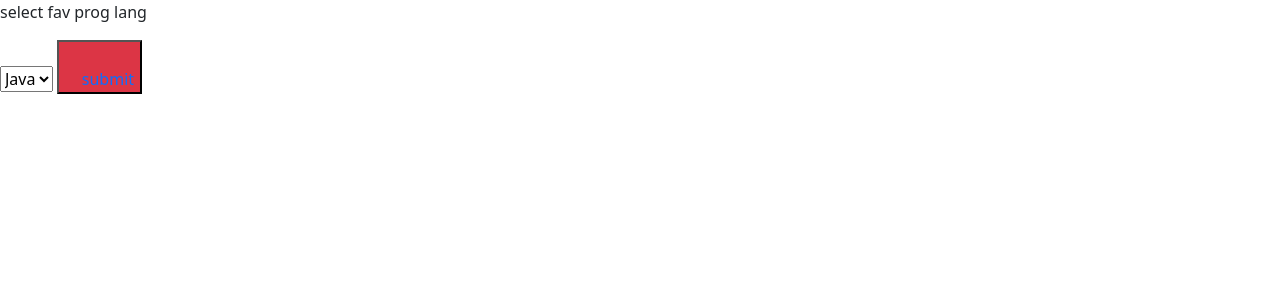
Repository: shivamaninalla/Bank-Application-JSP
Page: http://localhost/03-jsp-form2/cookie.jsp
These files come from the project's save history. The page is drawn as it stood at one moment and after the next save; the edit follows.
The browser window is 1280 px wide. The pictures show the whole page.
The page is served by Tomcat 9. Other server files are loaded and not shown.

Above is the page before, as saved 2024-07-15 14:51:59.

### 03-jsp-form2/WebContent/cookie.jsp
<%@ page language="java" contentType="text/html; charset=ISO-8859-1"
    pageEncoding="ISO-8859-1"%>
<!DOCTYPE html>
<html>
<head>
<meta charset="ISO-8859-1">
<title>Insert title here</title>
<link href="https://cdn.jsdelivr.net/npm/bootstrap@5.0.2/dist/css/bootstrap.min.css" rel="stylesheet" integrity="sha384-EVSTQN3/azprG1Anm3QDgpJLIm9Nao0Yz1ztcQTwFspd3yD65VohhpuuCOmLASjC" crossorigin="anonymous">
<script src="https://cdn.jsdelivr.net/npm/bootstrap@5.0.2/dist/js/bootstrap.bundle.min.js" integrity="sha384-MrcW6ZMFYlzcLA8Nl+NtUVF0sA7MsXsP1UyJoMp4YLEuNSfAP+JcXn/tWtIaxVXM" crossorigin="anonymous"></script>
</head>
<body>
<p>select fav prog lang</p>
  <form action="cookieresponse.jsp", method="get">
    <select name="fl" id="">
      <option class=value="java">Java</option>
      <option value="C++">C++</option>
      <option value="C">C</option>
    </select>
    <input class="text-primary bg-danger"type="submit" value="
    submit">
  </form>

</body>
</html>

After the next save:
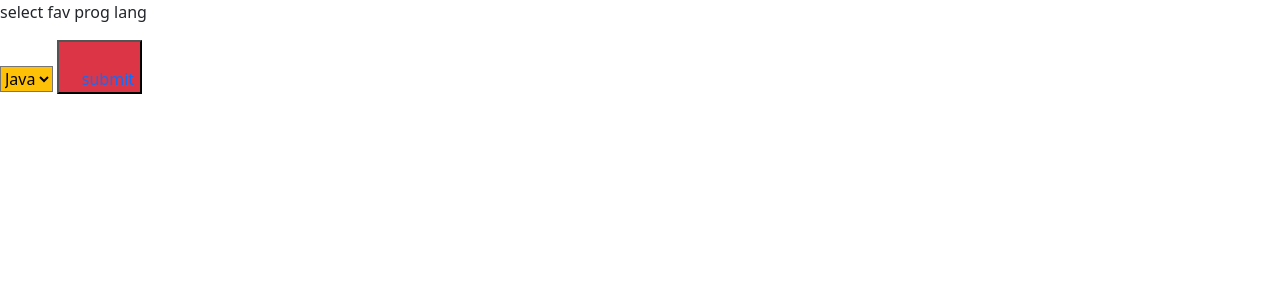
Saved 3 min 7 s later.
--- a/03-jsp-form2/WebContent/cookie.jsp
+++ b/03-jsp-form2/WebContent/cookie.jsp
@@ -11,8 +11,8 @@
 <body>
 <p>select fav prog lang</p>
   <form action="cookieresponse.jsp", method="get">
-    <select name="fl" id="">
-      <option class=value="java">Java</option>
+    <select class="bg-warning tesecondaryxt-"name="fl" id="">
+      <option value="java">Java</option>
       <option value="C++">C++</option>
       <option value="C">C</option>
     </select>
